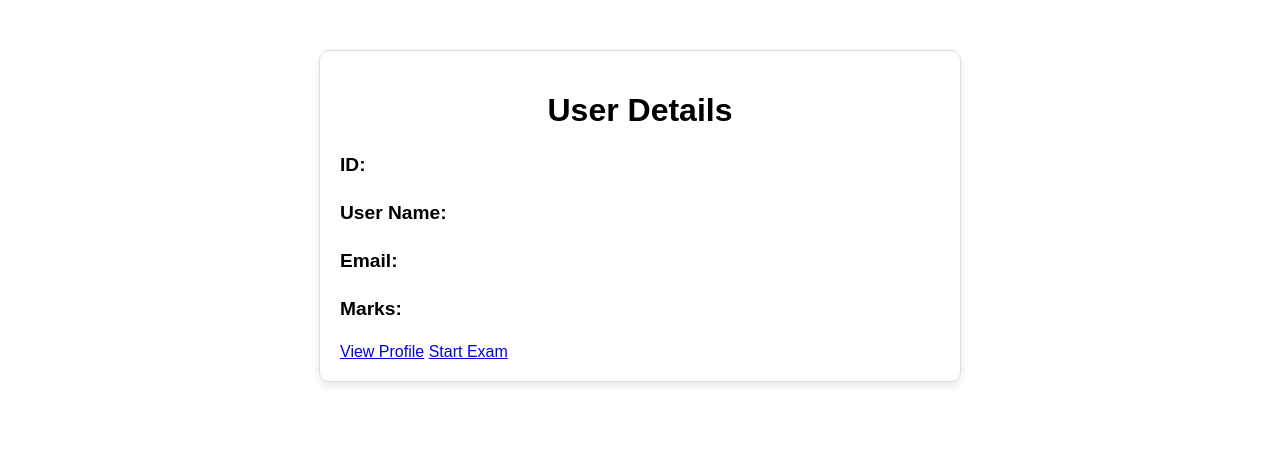
Repository: chetanchavan30/Optifyx
Page: http://localhost/OnlineExaminationSystem/view.jsp
An editor plug-in stored every save of this project. The page is shown before and after the next save, followed by the edit.
The browser window is 1280 px wide. The pictures show the whole page.
The page is served by Tomcat 10. Other server files are loaded and not shown.

Above is the page before, as saved 2025-01-25 19:42:23.

### OnlineExaminationSystem/src/main/webapp/view.jsp
<!DOCTYPE html>
<html lang="en">
<head>
    <meta charset="UTF-8">
    <meta name="viewport" content="width=device-width, initial-scale=1.0">
    <title>User Details</title>
    <style>
        .container {
            max-width: 600px;
            margin: 50px auto;
            padding: 20px;
            border: 1px solid #ddd;
            border-radius: 10px;
            box-shadow: 0 4px 8px rgba(0, 0, 0, 0.1);
            font-family: Arial, sans-serif;
        }
        .container h1 {
            text-align: center;
        }
        .user-details {
            margin-top: 20px;
        }
        .user-details p {
            font-size: 1.2rem;
            line-height: 1.5;
        }
    </style>
</head>
<body>
    <div class="container">
        <h1>User Details</h1>
        <div class="user-details">
            <p><strong>ID:</strong> ${user.uId}</p>
            <p><strong>User Name:</strong> ${user.userName}</p>
            <p><strong>Email:</strong> ${user.email}</p>
            <p><strong>Marks:</strong> ${user.marks}</p>
        </div>
        <a href="view" class="link-button">View Profile</a>
        <a href="exam.jsp" class="link-button">Start Exam</a>
    </div>
</body>
</html>

After the next save:
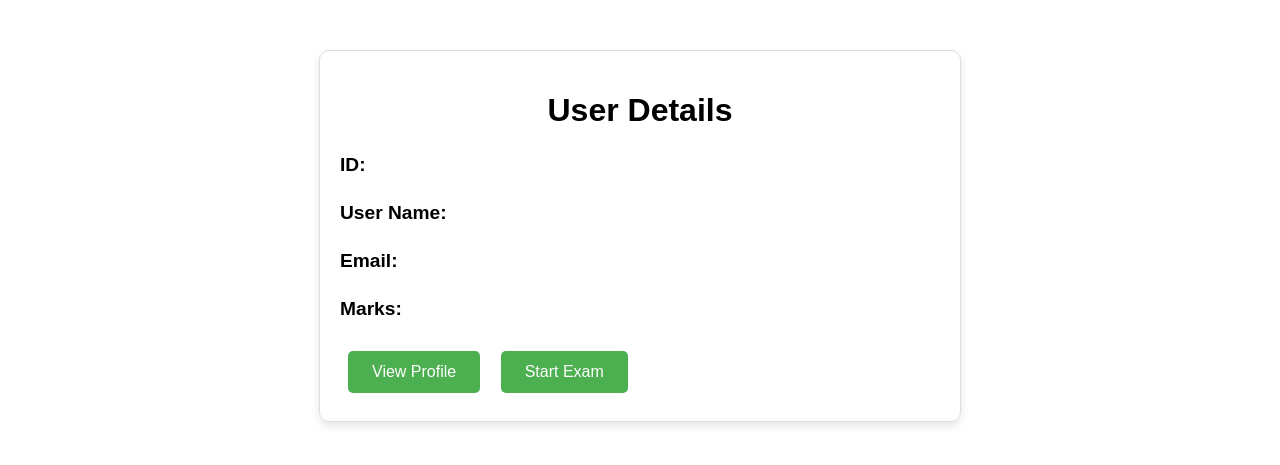
Saved 112 s later.
--- a/OnlineExaminationSystem/src/main/webapp/view.jsp
+++ b/OnlineExaminationSystem/src/main/webapp/view.jsp
@@ -24,6 +24,21 @@
             font-size: 1.2rem;
             line-height: 1.5;
         }
+        .link-button {
+	display: inline-block;
+	margin: 0.5rem;
+	padding: 0.75rem 1.5rem;
+	font-size: 1rem;
+	color: white;
+	background-color: #4CAF50;
+	text-decoration: none;
+	border-radius: 5px;
+	transition: background-color 0.3s;
+}
+
+.link-button:hover {
+	background-color: #45a049;
+}
     </style>
 </head>
 <body>
